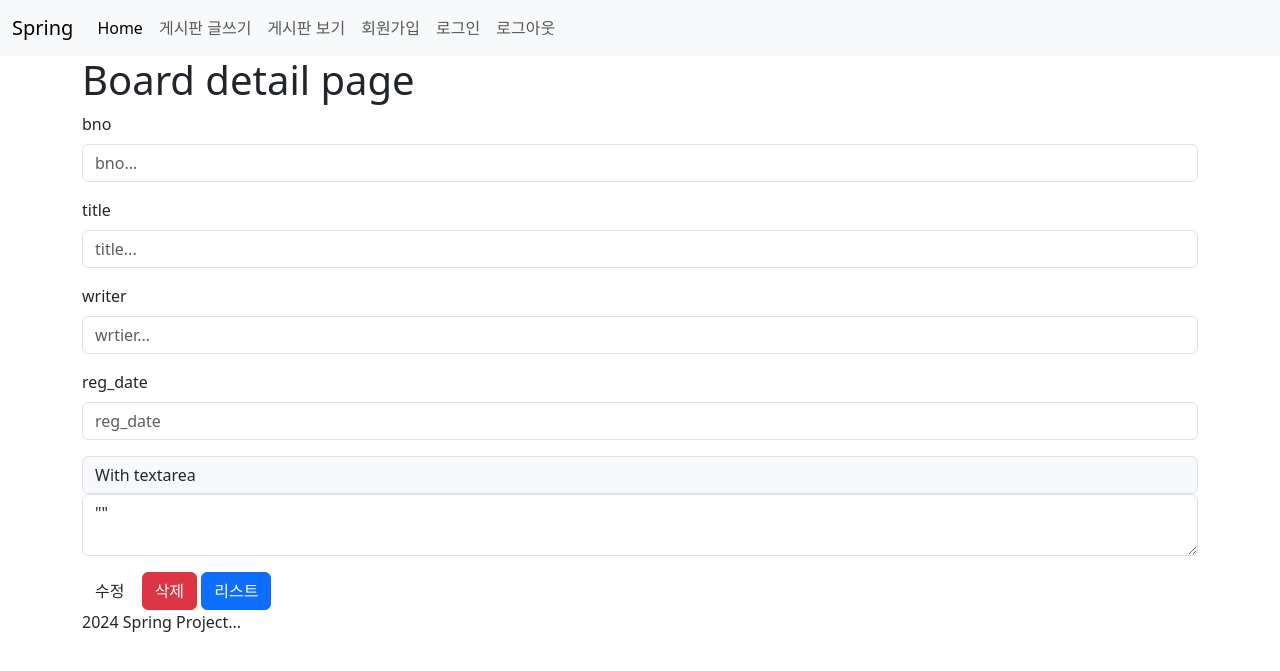
Repository: HaeunOh/study
Page: http://localhost/spring_study/WEB-INF/views/board/modify.jsp
An editor plug-in stored every save of this project. The page is shown before and after the next save, followed by the edit.
The browser window is 1280 px wide. The pictures show the whole page.
The page is served by Tomcat 9. Nobody is signed in. The template is opened directly, without the code that normally fills it, so the values that code supplies are empty.

Above is the page before, as saved 2024-04-24 05:57:37.

### _spring_workspace/spring_study/src/main/webapp/WEB-INF/views/board/modify.jsp
<%@ page language="java" contentType="text/html; charset=UTF-8"
    pageEncoding="UTF-8"%>
<!DOCTYPE html>
<html>
<head>
<meta charset="UTF-8">
<title>Insert title here</title>
</head>
<body>
	<jsp:include page="../layout/header.jsp" />
	<div class="container-md">
	<h1>Board detail page</h1>
			<div class="mb-3">
				<label for="n" class="form-label">bno</label>
				<input type="text" class="form-control" name="bno" value= "${bvo.bno}" id="n" placeholder="bno...">
			</div>
			<div class="mb-3">
				<label for="t" class="form-label">title</label>
				<input type="text" class="form-control" name="title" value= "${bvo.title}"id="t" placeholder="title...">
			</div>
			<div class="mb-3">
				<label for="w" class="form-label">writer</label>
				<input type="text" class="form-control" name="writer" value= "${bvo.writer }"id="w" placeholder="wrtier...">
			</div>
			<div class="mb-3">
				<label for="r" class="form-label">reg_date</label>
				<input type="text" class="form-control" name="reg_date" value= "${bvo.reg_date}" id="r" placeholder="reg_date">
			</div>
			<div class="mb-3">
  			<span class="input-group-text">With textarea</span>
  			<textarea class="form-control"  name="content" id="c" aria-label="With textarea">"${bvo.content}"</textarea>
			</div>
			<a><button type="button" class="btn btn-warnig">수정</button></a>
			<a><button type="button" class="btn btn-danger">삭제</button></a>
			<a><button type="button" class="btn btn-primary">리스트</button></a>

	</div>
	<jsp:include page="../layout/footer.jsp"></jsp:include>

### _spring_workspace/spring_study/src/main/webapp/WEB-INF/views/layout/header.jsp
<%@ page language="java" contentType="text/html; charset=UTF-8"
    pageEncoding="UTF-8"%>
<!DOCTYPE html>
<html>
<head>
<meta charset="UTF-8">
<title>header.jsp</title>
<link href="https://cdn.jsdelivr.net/npm/bootstrap@5.3.3/dist/css/bootstrap.min.css" rel="stylesheet" integrity="sha384-QWTKZyjpPEjISv5WaRU9OFeRpok6YctnYmDr5pNlyT2bRjXh0JMhjY6hW+ALEwIH" crossorigin="anonymous">
<script src="https://cdn.jsdelivr.net/npm/bootstrap@5.3.3/dist/js/bootstrap.bundle.min.js" integrity="sha384-YvpcrYf0tY3lHB60NNkmXc5s9fDVZLESaAA55NDzOxhy9GkcIdslK1eN7N6jIeHz" crossorigin="anonymous"></script>
</head>
<body>
<nav class="navbar navbar-expand-lg bg-body-tertiary">
  <div class="container-fluid">
    <a class="navbar-brand" href="#">Spring</a>
    <button class="navbar-toggler" type="button" data-bs-toggle="collapse" data-bs-target="#navbarSupportedContent" aria-controls="navbarSupportedContent" aria-expanded="false" aria-label="Toggle navigation">
      <span class="navbar-toggler-icon"></span>
    </button>
    <div class="collapse navbar-collapse" id="navbarSupportedContent">
      <ul class="navbar-nav me-auto mb-2 mb-lg-0">
        <li class="nav-item">
          <a class="nav-link active" aria-current="page" href="#">Home</a>
        </li>
        <li class="nav-item">
          <a class="nav-link" href="/board/register">게시판 글쓰기</a>
        </li> <li class="nav-item">
          <a class="nav-link" href="/board/list">게시판 보기</a>
        </li>
         <li class="nav-item">
          <a class="nav-link" href="#">회원가입</a>
        </li>
         <li class="nav-item">
          <a class="nav-link" href="#">로그인</a>
        </li>
         <li class="nav-item">
          <a class="nav-link" href="#">로그아웃</a>
        </li>

      <!-- 드롭다운박스 & 검색창 -->
      <!--   <li class="nav-item dropdown">
          <a class="nav-link dropdown-toggle" href="#" role="button" data-bs-toggle="dropdown" aria-expanded="false">
            Dropdown
          </a>
          <ul class="dropdown-menu">
            <li><a class="dropdown-item" href="#">Action</a></li>
            <li><a class="dropdown-item" href="#">Another action</a></li>
            <li><hr class="dropdown-divider"></li>
            <li><a class="dropdown-item" href="#">Something else here</a></li>
          </ul>
        </li>
        <li class="nav-item">
          <a class="nav-link disabled" aria-disabled="true">Disabled</a>
        </li>

      </ul>
      <form class="d-flex" role="search">
        <input class="form-control me-2" type="search" placeholder="Search" aria-label="Search">
        <button class="btn btn-outline-success" type="submit">Search</button> -->


      </form>
    </div>
  </div>
</nav>
</body>
</html>

### _spring_workspace/spring_study/src/main/webapp/WEB-INF/views/layout/footer.jsp
<%@ page language="java" contentType="text/html; charset=UTF-8"
    pageEncoding="UTF-8"%>
    <title>footer.jsp</title>
<div class="container-md">
2024 Spring Project...
</div>
</body>
</html>

After the next save:
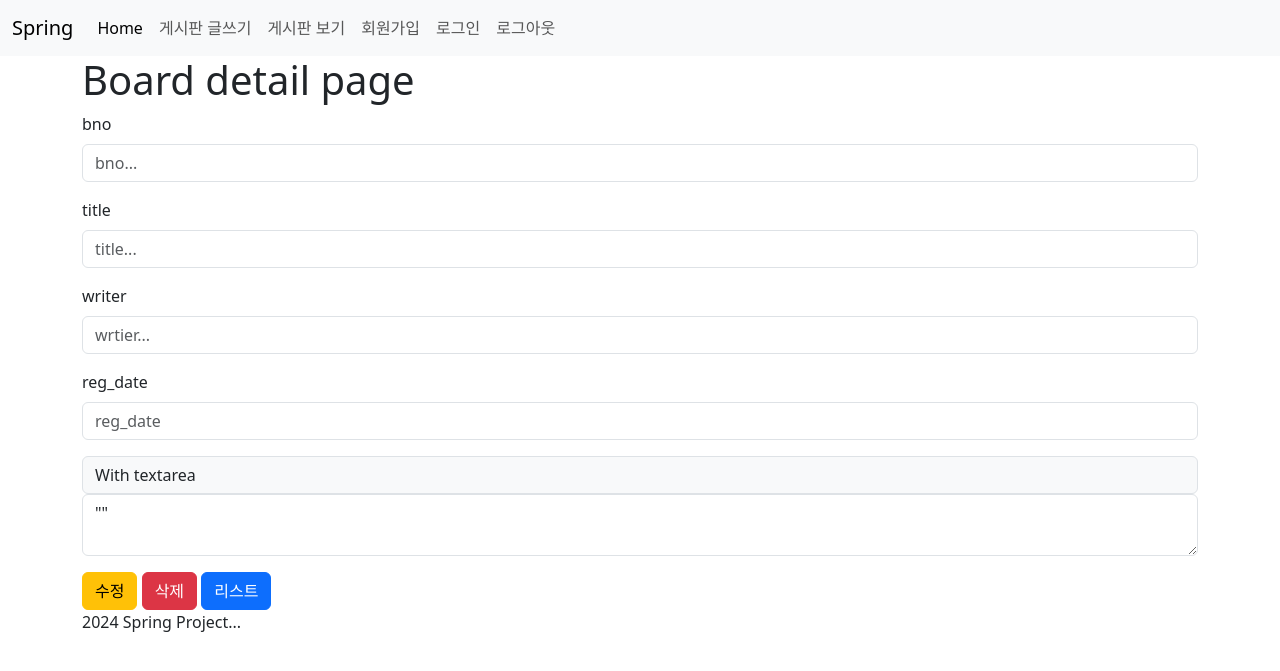
Saved 33 s later.
--- a/_spring_workspace/spring_study/src/main/webapp/WEB-INF/views/board/modify.jsp
+++ b/_spring_workspace/spring_study/src/main/webapp/WEB-INF/views/board/modify.jsp
@@ -30,7 +30,7 @@
   			<span class="input-group-text">With textarea</span>
   			<textarea class="form-control"  name="content" id="c" aria-label="With textarea">"${bvo.content}"</textarea>
 			</div>
-			<a><button type="button" class="btn btn-warnig">수정</button></a>
+			<a><button type="button" class="btn btn-warning">수정</button></a>
 			<a><button type="button" class="btn btn-danger">삭제</button></a>
 			<a><button type="button" class="btn btn-primary">리스트</button></a>
 
